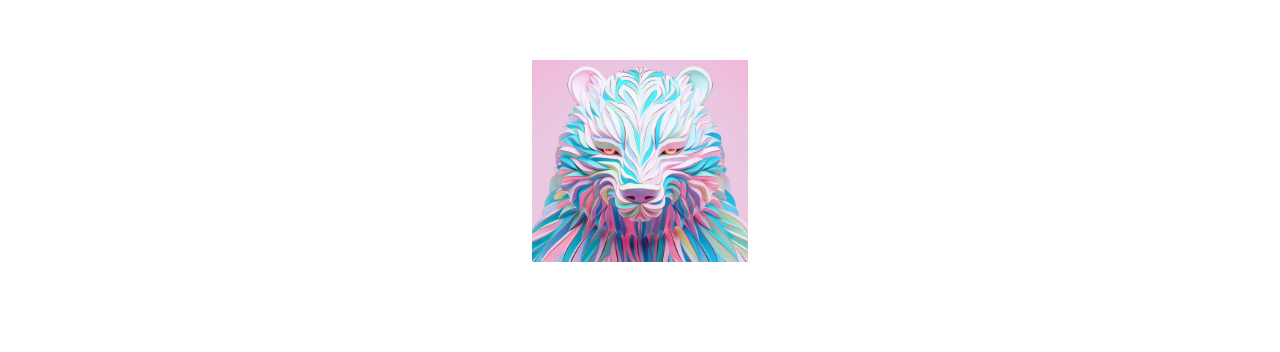
Repository: longNT0dev/C4E132
Page: SS4/index.html
An editor plug-in stored every save of this project. The page is shown before and after a run of saves, followed by the edit.
The browser window is 1280 px wide. The pictures show the whole page.

Above is the page before, as saved 2022-10-02 21:30:46.

After the next 2 saves:
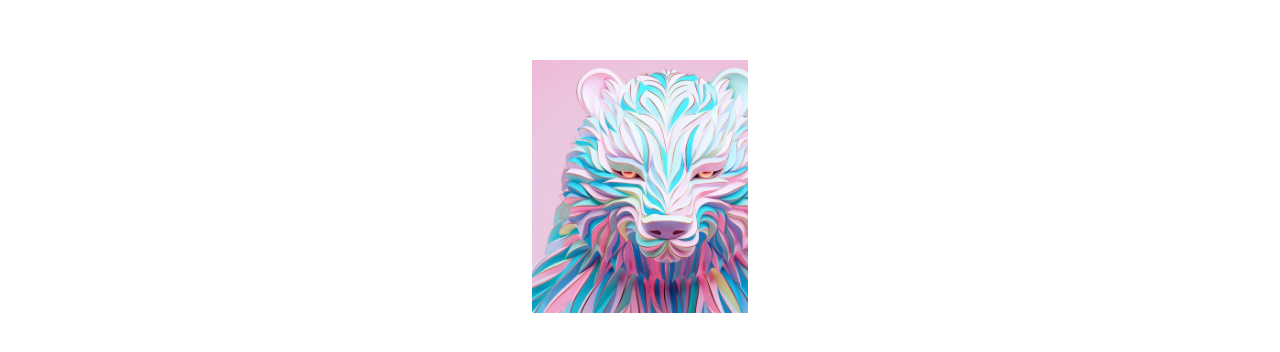
The 2 saves are shown as one change because they came seconds apart.
The last was saved 28 s later.
--- a/SS4/style.css
+++ b/SS4/style.css
@@ -10,6 +10,5 @@
     margin: 60px auto;
     background-image: url("oYiTqum.jpg");
     /* background-position: center; */
-    background-size: contain;
-    background-repeat: no-repeat;
+    background-size: cover;
 }
